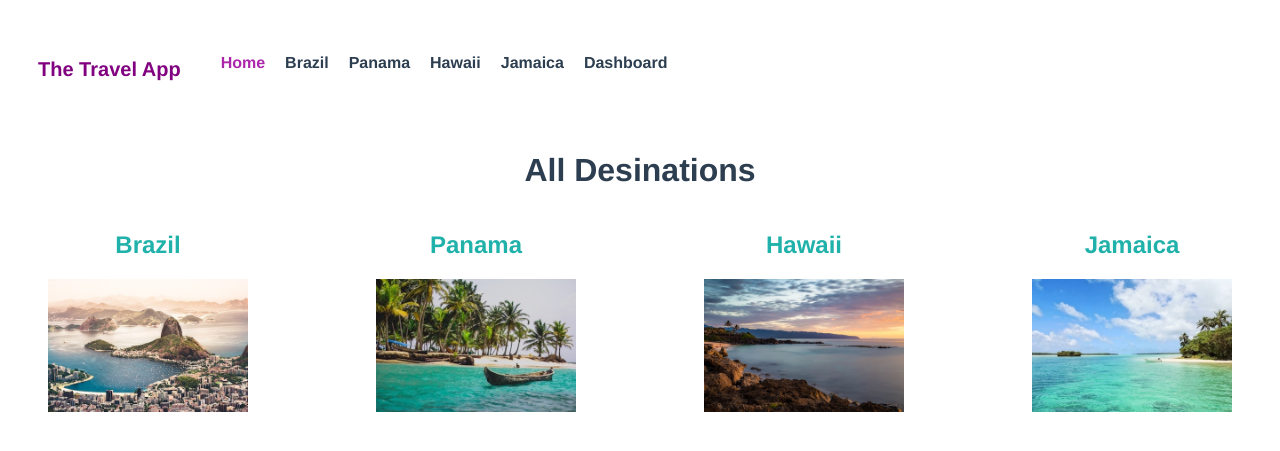
Repository: June-Hall/MiniTravelApp
Page: /#/details
An editor plug-in stored every save of this project. The page is shown before and after the next save, followed by the edit.
The browser window is 1280 px wide. The pictures show the whole page.
The project was rebuilt for these pictures with package versions that can differ from the ones it lists, and the page was loaded fresh each time. Also part of the build but not shown: vue.config.js.

Above is the page before, as saved 2023-03-30 19:25:20.

### src/App.vue
<template>
  <nav>
    <TheNavigation />
  </nav>
  <transition name="fade" mode="out-in">
    <router-view :key="$route.params.slug" />
  </transition>
</template>

<script>
import TheNavigation from "./components/TheNavigation.vue";

export default {
  components: {
    TheNavigation,
  },
};
</script>

<style>
#app {
  font-family: Avenir, Helvetica, Arial, sans-serif;
  -webkit-font-smoothing: antialiased;
  -moz-osx-font-smoothing: grayscale;
  text-align: center;
  color: #2c3e50;
}

.slide-enter-active,
.slide-leave-active {
  transition: opacity 1s, transform 1s;
}
.slide-enter,
.slide-leave-to {
  opacity: 0;
  transform: translateX(-30%);
}
.moveUp-enter-active {
  animation: fadeIn 1s ease-in;
}
@keyframes fadeIn {
  0% {
    opacity: 0;
  }
  50% {
    opacity: 0.5;
  }
  100% {
    opacity: 1;
  }
}
.moveUp-leave-active {
  animation: moveUp 0.3s ease-in;
}
@keyframes moveUp {
  0% {
    transform: translateY(0);
  }
  100% {
    transform: translateY(-400px);
  }
}
.fade-enter-active,
.fade-leave-active {
  transition: opacity 0.3s;
}
.fade-enter,
.fade-leave-to {
  opacity: 0;
}
.input {
  border: 1px solid green;
  padding: 10px;
  margin-bottom: 20px;
}
.btn {
  background-color: green;
  color: white;
  padding: 10px;
}
</style>

### src/router/index.js
import { createRouter, createWebHistory } from "vue-router";
import HomeView from "../views/HomeView.vue";
import store from "@/store.js";

const routes = [
  {
    path: "/",
    name: "home",
    component: HomeView,
    props: true,
  },
  {
    path: "/destination/:slug",
    name: "DestinationDetails",
    component: () =>
      import(
        /* webpackChunkName: "DestinationDetails" */ "../views/DestinationDetails.vue"
      ),
    props: true,
    children: [
      {
        path: ":experienceSlug",
        name: "experienceDetails",
        props: true,
        component: () =>
          import(
            /* webpackChunkName: "ExperienceDetails" */ "../views/ExperienceDetails.vue"
          ),
      },
    ],
    beforeEnter: (to, from, next) => {
      const exists = store.destinations.find(
        (destination) => destination.slug == to.params.slug
      );
      if (exists) {
        next();
      } else {
        next({ name: "notFound" });
      }
    },
  },
  // {
  //   path: "/404",
  //   alias: "*",
  //   name: "notFound",
  //   component: () =>
  //     import(/* webpackChunkName: "NotFound" */ "../views/NotFound.vue"),
  // },
  {
    path: "/:catchAll(.*)*",
    name: "notFound",
    component: () =>
      import(/* webpackChunkName: "NotFound" */ "../views/NotFound.vue"),
  },
];

const router = createRouter({
  history: createWebHistory(),
  routes,
});

export default router;

### src/components/TheNavigation.vue
<template>
  <nav id="nav">
    <p class="logo">The Travel App</p>
    <ul class="nav-links">
      <li class="links">
        <router-link to="/"> Home </router-link>
      </li>
      <li
        v-for="destination in destinations"
        :key="destination.name"
        class="links"
      >
        <router-link
          :to="{
            name: 'DestinationDetails',
            params: { slug: destination.slug },
          }"
        >
          {{ destination.name }}</router-link
        >
      </li>
      <li class="links">
        <router-link to="/user">Dashboard</router-link>
      </li>
    </ul>
  </nav>
</template>

<script>
import store from "@/store.js";
export default {
  data() {
    return {
      destinations: store.destinations,
    };
  },
};
</script>

<style scoped>
#nav {
  display: flex;
}

#nav {
  padding: 30px;
}

#nav a {
  color: #2c3e50;
  text-decoration: none;
  font-weight: bold;
}

#nav a.router-link-exact-active {
  color: #ab26ab;
}

.nav-links {
  display: flex;
}
.links {
  padding-right: 20px;
  list-style: none;
}

.links:hover {
  text-decoration: underline;
}

.logo {
  font-size: 20px;
  color: purple;
  font-weight: bold;
}
</style>

### src/views/HomeView.vue
<template>
  <div class="home">
    <h1>All Desinations</h1>
    <div class="destinations">
      <div v-for="destination in destinations" :key="destination.name">
        <router-link
          :to="{
            name: 'DestinationDetails',
            params: { slug: destination.slug },
          }"
        >
          <h2>{{ destination.name }}</h2>
        </router-link>
        <figure>
          <router-link
            :to="{
              name: 'DestinationDetails',
              params: { slug: destination.slug },
            }"
          >
            <img
              :src="require(`@/assets/${destination.image}`)"
              :alt="destination.name"
            />
          </router-link>
        </figure>
      </div>
    </div>
  </div>
</template>

<script>
// @ is an alias to /src
import store from "@/store.js";
export default {
  name: "HomeView",
  components: {},
  data() {
    return {
      destinations: store.destinations,
    };
  },
};
</script>
<style scoped>
.home {
  max-width: 1400px;
  margin: 0 auto;
}

img {
  max-width: 200px;
}

.destinations {
  display: flex;
  justify-content: space-between;
}

a {
  color: lightseagreen;
  text-decoration: none;
}

a:hover,
a:visited {
  text-decoration: underline;
}
</style>

### src/store.js
export default {
  destinations: [
    {
      name: "Brazil",
      slug: "brazil",
      image: "brazil.jpg",
      id: 1,
      description:
        "all about Brazil, suspendisse lobortis pharetra tempor. Cras eleifend ante sed arcu interdum, in bibendum enim ultricies. Integer rutrum quis risus at tempor. Maecenas facilisis, nisi vel pellentesque maximus, lectus felis malesuada purus, a pulvinar elit est quis turpis. Duis convallis purus quis finibus consequat. Pellentesque faucibus tincidunt augue non consequat. Donec fringilla at est sit amet blandit. Nunc at porttitor ligula. Fusce sed odio turpis. Suspendisse lobortis pharetra tempor. Cras eleifend ante sed arcu interdum, in bibendum enim ultricies. Integer rutrum quis risus at tempor. Maecenas facilisis, nisi vel pellentesque maximus, lectus felis malesuada purus, a pulvinar elit est quis turpis. Duis convallis purus quis finibus consequat. Pellentesque faucibus tincidunt augue non consequat. Donec fringilla at est sit amet blandit. Nunc at porttitor ligula. Fusce sed odio turpis.",
      experiences: [
        {
          name: "Iguaçu Falls",
          slug: "iguacu-falls",
          image: "iguacu-falls.jpg",
          description:
            "Suspendisse lobortis pharetra tempor. Cras eleifend ante sed arcu interdum, in bibendum enim ultricies. Integer rutrum quis risus at tempor. Maecenas facilisis, nisi vel pellentesque maximus, lectus felis malesuada purus, a pulvinar elit est quis turpis. Duis convallis purus quis finibus consequat. Pellentesque faucibus tincidunt augue non consequat. Donec fringilla at est sit amet blandit. Nunc at porttitor ligula. Fusce sed odio turpis. Suspendisse lobortis pharetra tempor. Cras eleifend ante sed arcu interdum, in bibendum enim ultricies. Integer rutrum quis risus at tempor. Maecenas facilisis, nisi vel pellentesque maximus, lectus felis malesuada purus, a pulvinar elit est quis turpis. Duis convallis purus quis finibus consequat. Pellentesque faucibus tincidunt augue non consequat. Donec fringilla at est sit amet blandit. Nunc at porttitor ligula. Fusce sed odio turpis.",
        },
        {
          name: "Pão de Açúcar",
          slug: "pao-de-acucar",
          image: "pao-de-acucar.jpg",
          description:
            "Suspendisse lobortis pharetra tempor. Cras eleifend ante sed arcu interdum, in bibendum enim ultricies. Integer rutrum quis risus at tempor. Maecenas facilisis, nisi vel pellentesque maximus, lectus felis malesuada purus, a pulvinar elit est quis turpis. Duis convallis purus quis finibus consequat. Pellentesque faucibus tincidunt augue non consequat. Donec fringilla at est sit amet blandit. Nunc at porttitor ligula. Fusce sed odio turpis. Suspendisse lobortis pharetra tempor. Cras eleifend ante sed arcu interdum, in bibendum enim ultricies. Integer rutrum quis risus at tempor. Maecenas facilisis, nisi vel pellentesque maximus, lectus felis malesuada purus, a pulvinar elit est quis turpis. Duis convallis purus quis finibus consequat. Pellentesque faucibus tincidunt augue non consequat. Donec fringilla at est sit amet blandit. Nunc at porttitor ligula. Fusce sed odio turpis.",
        },
        {
          name: "Sao Paulo",
          slug: "sao-paulo",
          image: "sao-paulo.jpg",
          description:
            "Suspendisse lobortis pharetra tempor. Cras eleifend ante sed arcu interdum, in bibendum enim ultricies. Integer rutrum quis risus at tempor. Maecenas facilisis, nisi vel pellentesque maximus, lectus felis malesuada purus, a pulvinar elit est quis turpis. Duis convallis purus quis finibus consequat. Pellentesque faucibus tincidunt augue non consequat. Donec fringilla at est sit amet blandit. Nunc at porttitor ligula. Fusce sed odio turpis. Suspendisse lobortis pharetra tempor. Cras eleifend ante sed arcu interdum, in bibendum enim ultricies. Integer rutrum quis risus at tempor. Maecenas facilisis, nisi vel pellentesque maximus, lectus felis malesuada purus, a pulvinar elit est quis turpis. Duis convallis purus quis finibus consequat. Pellentesque faucibus tincidunt augue non consequat. Donec fringilla at est sit amet blandit. Nunc at porttitor ligula. Fusce sed odio turpis.",
        },
        {
          name: "Salvador",
          slug: "salvador",
          image: "salvador.jpg",
          description:
            "Suspendisse lobortis pharetra tempor. Cras eleifend ante sed arcu interdum, in bibendum enim ultricies. Integer rutrum quis risus at tempor. Maecenas facilisis, nisi vel pellentesque maximus, lectus felis malesuada purus, a pulvinar elit est quis turpis. Duis convallis purus quis finibus consequat. Pellentesque faucibus tincidunt augue non consequat. Donec fringilla at est sit amet blandit. Nunc at porttitor ligula. Fusce sed odio turpis. Suspendisse lobortis pharetra tempor. Cras eleifend ante sed arcu interdum, in bibendum enim ultricies. Integer rutrum quis risus at tempor. Maecenas facilisis, nisi vel pellentesque maximus, lectus felis malesuada purus, a pulvinar elit est quis turpis. Duis convallis purus quis finibus consequat. Pellentesque faucibus tincidunt augue non consequat. Donec fringilla at est sit amet blandit. Nunc at porttitor ligula. Fusce sed odio turpis.",
        },
      ],
    },
    {
      name: "Panama",
      slug: "panama",
      image: "panama.jpg",
      id: 2,
      description:
        "all about panama. Nam fermentum, leo ac lobortis tincidunt, justo felis semper nisi, sed facilisis quam ante a justo. Nam pulvinar nibh nec mi vestibulum cursus quis eget orci. Aenean faucibus faucibus ex, a imperdiet nibh luctus faucibus. Mauris porttitor, velit ac eleifend mattis, sem justo accumsan odio, ut mattis nulla nulla eu nibh. Cras justo risus, sollicitudin eget nulla a, consequat convallis tortor. Fusce eget neque metus. Class aptent taciti sociosqu ad litora torquent per conubia nostra, per inceptos himenaeos. Nulla facilisi. Sed aliquam nunc id lectus sagittis, ac elementum eros egestas. Aliquam sed tempor dui.",
      experiences: [
        {
          name: "Panama City",
          slug: "panama-city",
          image: "panama-city.jpg",
          description:
            "Suspendisse lobortis pharetra tempor. Cras eleifend ante sed arcu interdum, in bibendum enim ultricies. Integer rutrum quis risus at tempor. Maecenas facilisis, nisi vel pellentesque maximus, lectus felis malesuada purus, a pulvinar elit est quis turpis. Duis convallis purus quis finibus consequat. Pellentesque faucibus tincidunt augue non consequat. Donec fringilla at est sit amet blandit. Nunc at porttitor ligula. Fusce sed odio turpis. Suspendisse lobortis pharetra tempor. Cras eleifend ante sed arcu interdum, in bibendum enim ultricies. Integer rutrum quis risus at tempor. Maecenas facilisis, nisi vel pellentesque maximus, lectus felis malesuada purus, a pulvinar elit est quis turpis. Duis convallis purus quis finibus consequat. Pellentesque faucibus tincidunt augue non consequat. Donec fringilla at est sit amet blandit. Nunc at porttitor ligula. Fusce sed odio turpis.",
        },
        {
          name: "Panama Canal",
          slug: "panama-canal",
          image: "panama-canal.jpg",
          description:
            "Suspendisse lobortis pharetra tempor. Cras eleifend ante sed arcu interdum, in bibendum enim ultricies. Integer rutrum quis risus at tempor. Maecenas facilisis, nisi vel pellentesque maximus, lectus felis malesuada purus, a pulvinar elit est quis turpis. Duis convallis purus quis finibus consequat. Pellentesque faucibus tincidunt augue non consequat. Donec fringilla at est sit amet blandit. Nunc at porttitor ligula. Fusce sed odio turpis. Suspendisse lobortis pharetra tempor. Cras eleifend ante sed arcu interdum, in bibendum enim ultricies. Integer rutrum quis risus at tempor. Maecenas facilisis, nisi vel pellentesque maximus, lectus felis malesuada purus, a pulvinar elit est quis turpis. Duis convallis purus quis finibus consequat. Pellentesque faucibus tincidunt augue non consequat. Donec fringilla at est sit amet blandit. Nunc at porttitor ligula. Fusce sed odio turpis.",
        },
        {
          name: "Bocas del Toro",
          slug: "bocas-del-toro",
          image: "bocas-del-toro.jpg",
          description:
            "Suspendisse lobortis pharetra tempor. Cras eleifend ante sed arcu interdum, in bibendum enim ultricies. Integer rutrum quis risus at tempor. Maecenas facilisis, nisi vel pellentesque maximus, lectus felis malesuada purus, a pulvinar elit est quis turpis. Duis convallis purus quis finibus consequat. Pellentesque faucibus tincidunt augue non consequat. Donec fringilla at est sit amet blandit. Nunc at porttitor ligula. Fusce sed odio turpis. Suspendisse lobortis pharetra tempor. Cras eleifend ante sed arcu interdum, in bibendum enim ultricies. Integer rutrum quis risus at tempor. Maecenas facilisis, nisi vel pellentesque maximus, lectus felis malesuada purus, a pulvinar elit est quis turpis. Duis convallis purus quis finibus consequat. Pellentesque faucibus tincidunt augue non consequat. Donec fringilla at est sit amet blandit. Nunc at porttitor ligula. Fusce sed odio turpis.",
        },
        {
          name: "Santa Catalina",
          slug: "santa-catalina",
          image: "santa-catalina.jpg",
          description:
            "Suspendisse lobortis pharetra tempor. Cras eleifend ante sed arcu interdum, in bibendum enim ultricies. Integer rutrum quis risus at tempor. Maecenas facilisis, nisi vel pellentesque maximus, lectus felis malesuada purus, a pulvinar elit est quis turpis. Duis convallis purus quis finibus consequat. Pellentesque faucibus tincidunt augue non consequat. Donec fringilla at est sit amet blandit. Nunc at porttitor ligula. Fusce sed odio turpis. Suspendisse lobortis pharetra tempor. Cras eleifend ante sed arcu interdum, in bibendum enim ultricies. Integer rutrum quis risus at tempor. Maecenas facilisis, nisi vel pellentesque maximus, lectus felis malesuada purus, a pulvinar elit est quis turpis. Duis convallis purus quis finibus consequat. Pellentesque faucibus tincidunt augue non consequat. Donec fringilla at est sit amet blandit. Nunc at porttitor ligula. Fusce sed odio turpis.",
        },
      ],
    },
    {
      name: "Hawaii",
      slug: "hawaii",
      image: "hawaii.jpg",
      id: 3,
      description:
        "all about hawaii. Etiam iaculis, ex in semper fringilla, lorem augue maximus lorem, in aliquet ex massa non enim. Maecenas pharetra orci eu semper pharetra. Suspendisse vel elit semper, fringilla metus ac, pulvinar justo. Vestibulum nibh lacus, pellentesque non arcu vel, efficitur eleifend lorem. Duis ultrices bibendum orci, nec laoreet elit. In vulputate massa vel massa cursus gravida. Aliquam sed lacus pulvinar, imperdiet risus at, lacinia dolor. Maecenas pellentesque arcu mattis iaculis efficitur. Maecenas quis sem pulvinar, sodales neque eget, efficitur odio.",
      experiences: [
        {
          name: "Na Pali Coast",
          slug: "na-pali-coast",
          image: "na-pali-coast.jpg",
          description:
            "Suspendisse lobortis pharetra tempor. Cras eleifend ante sed arcu interdum, in bibendum enim ultricies. Integer rutrum quis risus at tempor. Maecenas facilisis, nisi vel pellentesque maximus, lectus felis malesuada purus, a pulvinar elit est quis turpis. Duis convallis purus quis finibus consequat. Pellentesque faucibus tincidunt augue non consequat. Donec fringilla at est sit amet blandit. Nunc at porttitor ligula. Fusce sed odio turpis. Suspendisse lobortis pharetra tempor. Cras eleifend ante sed arcu interdum, in bibendum enim ultricies. Integer rutrum quis risus at tempor. Maecenas facilisis, nisi vel pellentesque maximus, lectus felis malesuada purus, a pulvinar elit est quis turpis. Duis convallis purus quis finibus consequat. Pellentesque faucibus tincidunt augue non consequat. Donec fringilla at est sit amet blandit. Nunc at porttitor ligula. Fusce sed odio turpis.",
        },
        {
          name: "O'Ahu's North Shore",
          slug: "ohaus-north-shore",
          image: "ohaus-north-shore.jpg",
          description:
            "Suspendisse lobortis pharetra tempor. Cras eleifend ante sed arcu interdum, in bibendum enim ultricies. Integer rutrum quis risus at tempor. Maecenas facilisis, nisi vel pellentesque maximus, lectus felis malesuada purus, a pulvinar elit est quis turpis. Duis convallis purus quis finibus consequat. Pellentesque faucibus tincidunt augue non consequat. Donec fringilla at est sit amet blandit. Nunc at porttitor ligula. Fusce sed odio turpis. Suspendisse lobortis pharetra tempor. Cras eleifend ante sed arcu interdum, in bibendum enim ultricies. Integer rutrum quis risus at tempor. Maecenas facilisis, nisi vel pellentesque maximus, lectus felis malesuada purus, a pulvinar elit est quis turpis. Duis convallis purus quis finibus consequat. Pellentesque faucibus tincidunt augue non consequat. Donec fringilla at est sit amet blandit. Nunc at porttitor ligula. Fusce sed odio turpis.",
        },
        {
          name: "Waikiki Beach",
          slug: "waikiki-beach",
          image: "waikiki-beach.jpg",
          description:
            "Suspendisse lobortis pharetra tempor. Cras eleifend ante sed arcu interdum, in bibendum enim ultricies. Integer rutrum quis risus at tempor. Maecenas facilisis, nisi vel pellentesque maximus, lectus felis malesuada purus, a pulvinar elit est quis turpis. Duis convallis purus quis finibus consequat. Pellentesque faucibus tincidunt augue non consequat. Donec fringilla at est sit amet blandit. Nunc at porttitor ligula. Fusce sed odio turpis. Suspendisse lobortis pharetra tempor. Cras eleifend ante sed arcu interdum, in bibendum enim ultricies. Integer rutrum quis risus at tempor. Maecenas facilisis, nisi vel pellentesque maximus, lectus felis malesuada purus, a pulvinar elit est quis turpis. Duis convallis purus quis finibus consequat. Pellentesque faucibus tincidunt augue non consequat. Donec fringilla at est sit amet blandit. Nunc at porttitor ligula. Fusce sed odio turpis.",
        },
        {
          name: "Kilauea Volcano",
          slug: "kilauea-volcano",
          image: "kilauea-volcano.jpg",
          description:
            "Suspendisse lobortis pharetra tempor. Cras eleifend ante sed arcu interdum, in bibendum enim ultricies. Integer rutrum quis risus at tempor. Maecenas facilisis, nisi vel pellentesque maximus, lectus felis malesuada purus, a pulvinar elit est quis turpis. Duis convallis purus quis finibus consequat. Pellentesque faucibus tincidunt augue non consequat. Donec fringilla at est sit amet blandit. Nunc at porttitor ligula. Fusce sed odio turpis. Suspendisse lobortis pharetra tempor. Cras eleifend ante sed arcu interdum, in bibendum enim ultricies. Integer rutrum quis risus at tempor. Maecenas facilisis, nisi vel pellentesque maximus, lectus felis malesuada purus, a pulvinar elit est quis turpis. Duis convallis purus quis finibus consequat. Pellentesque faucibus tincidunt augue non consequat. Donec fringilla at est sit amet blandit. Nunc at porttitor ligula. Fusce sed odio turpis.",
        },
      ],
    },
    {
      name: "Jamaica",
      slug: "jamaica",
      image: "jamaica.jpg",
      id: 4,
      description:
        "all about jamaica. Suspendisse lobortis pharetra tempor. Cras eleifend ante sed arcu interdum, in bibendum enim ultricies. Integer rutrum quis risus at tempor. Maecenas facilisis, nisi vel pellentesque maximus, lectus felis malesuada purus, a pulvinar elit est quis turpis. Duis convallis purus quis finibus consequat. Pellentesque faucibus tincidunt augue non consequat. Donec fringilla at est sit amet blandit. Nunc at porttitor ligula. Fusce sed odio turpis.",
      experiences: [
        {
          name: "Tower Isle",
          slug: "tower-isle",
          image: "tower-isle.jpg",
          description:
            "Suspendisse lobortis pharetra tempor. Cras eleifend ante sed arcu interdum, in bibendum enim ultricies. Integer rutrum quis risus at tempor. Maecenas facilisis, nisi vel pellentesque maximus, lectus felis malesuada purus, a pulvinar elit est quis turpis. Duis convallis purus quis finibus consequat. Pellentesque faucibus tincidunt augue non consequat. Donec fringilla at est sit amet blandit. Nunc at porttitor ligula. Fusce sed odio turpis. Suspendisse lobortis pharetra tempor. Cras eleifend ante sed arcu interdum, in bibendum enim ultricies. Integer rutrum quis risus at tempor. Maecenas facilisis, nisi vel pellentesque maximus, lectus felis malesuada purus, a pulvinar elit est quis turpis. Duis convallis purus quis finibus consequat. Pellentesque faucibus tincidunt augue non consequat. Donec fringilla at est sit amet blandit. Nunc at porttitor ligula. Fusce sed odio turpis.",
        },
        {
          name: "Blue Mountain",
          slug: "blue-mountain",
          image: "blue-mountain.jpg",
          description:
            "Suspendisse lobortis pharetra tempor. Cras eleifend ante sed arcu interdum, in bibendum enim ultricies. Integer rutrum quis risus at tempor. Maecenas facilisis, nisi vel pellentesque maximus, lectus felis malesuada purus, a pulvinar elit est quis turpis. Duis convallis purus quis finibus consequat. Pellentesque faucibus tincidunt augue non consequat. Donec fringilla at est sit amet blandit. Nunc at porttitor ligula. Fusce sed odio turpis. Suspendisse lobortis pharetra tempor. Cras eleifend ante sed arcu interdum, in bibendum enim ultricies. Integer rutrum quis risus at tempor. Maecenas facilisis, nisi vel pellentesque maximus, lectus felis malesuada purus, a pulvinar elit est quis turpis. Duis convallis purus quis finibus consequat. Pellentesque faucibus tincidunt augue non consequat. Donec fringilla at est sit amet blandit. Nunc at porttitor ligula. Fusce sed odio turpis.",
        },
        {
          name: "Montego Bay",
          slug: "montego-bay",
          image: "montego-bay.jpg",
          description:
            "Suspendisse lobortis pharetra tempor. Cras eleifend ante sed arcu interdum, in bibendum enim ultricies. Integer rutrum quis risus at tempor. Maecenas facilisis, nisi vel pellentesque maximus, lectus felis malesuada purus, a pulvinar elit est quis turpis. Duis convallis purus quis finibus consequat. Pellentesque faucibus tincidunt augue non consequat. Donec fringilla at est sit amet blandit. Nunc at porttitor ligula. Fusce sed odio turpis. Suspendisse lobortis pharetra tempor. Cras eleifend ante sed arcu interdum, in bibendum enim ultricies. Integer rutrum quis risus at tempor. Maecenas facilisis, nisi vel pellentesque maximus, lectus felis malesuada purus, a pulvinar elit est quis turpis. Duis convallis purus quis finibus consequat. Pellentesque faucibus tincidunt augue non consequat. Donec fringilla at est sit amet blandit. Nunc at porttitor ligula. Fusce sed odio turpis.",
        },
        {
          name: "Port Antonio",
          slug: "port-antonio",
          image: "port-antonio.jpg",
          description:
            "Suspendisse lobortis pharetra tempor. Cras eleifend ante sed arcu interdum, in bibendum enim ultricies. Integer rutrum quis risus at tempor. Maecenas facilisis, nisi vel pellentesque maximus, lectus felis malesuada purus, a pulvinar elit est quis turpis. Duis convallis purus quis finibus consequat. Pellentesque faucibus tincidunt augue non consequat. Donec fringilla at est sit amet blandit. Nunc at porttitor ligula. Fusce sed odio turpis. Suspendisse lobortis pharetra tempor. Cras eleifend ante sed arcu interdum, in bibendum enim ultricies. Integer rutrum quis risus at tempor. Maecenas facilisis, nisi vel pellentesque maximus, lectus felis malesuada purus, a pulvinar elit est quis turpis. Duis convallis purus quis finibus consequat. Pellentesque faucibus tincidunt augue non consequat. Donec fringilla at est sit amet blandit. Nunc at porttitor ligula. Fusce sed odio turpis.",
        },
      ],
    },
  ],
};

Loaded but not shown: public/index.html (common file); src/main.js (common file)

After the next save:
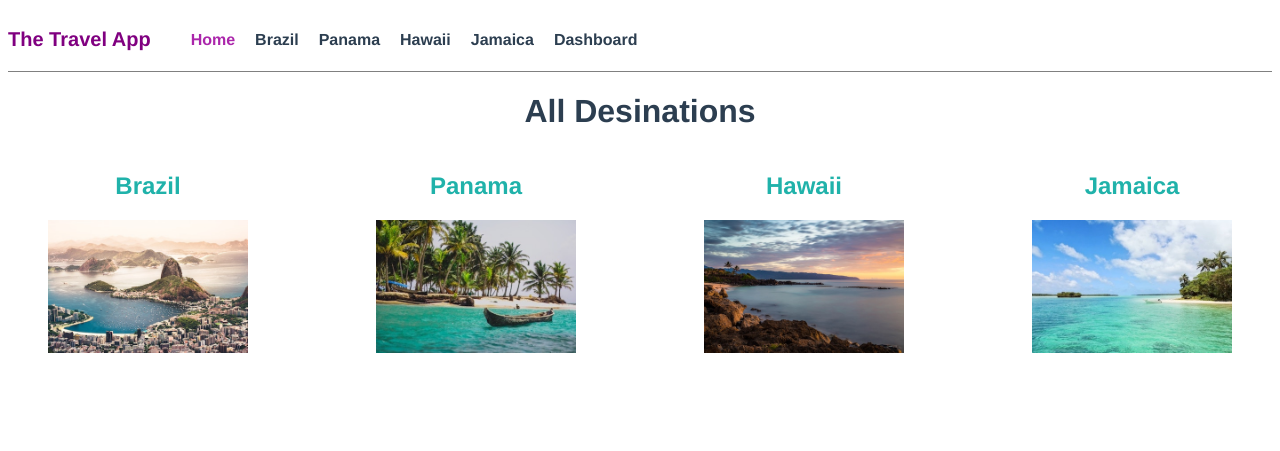
Saved 90 s later.
--- a/src/components/TheNavigation.vue
+++ b/src/components/TheNavigation.vue
@@ -40,10 +40,12 @@ export default {
 <style scoped>
 #nav {
   display: flex;
-}
-
-#nav {
-  padding: 30px;
+  align-items: center;
+  position: sticky;
+  top: 0;
+  background-color: white;
+  border-bottom: 1px solid grey;
+  z-index: 1;
 }
 
 #nav a {
